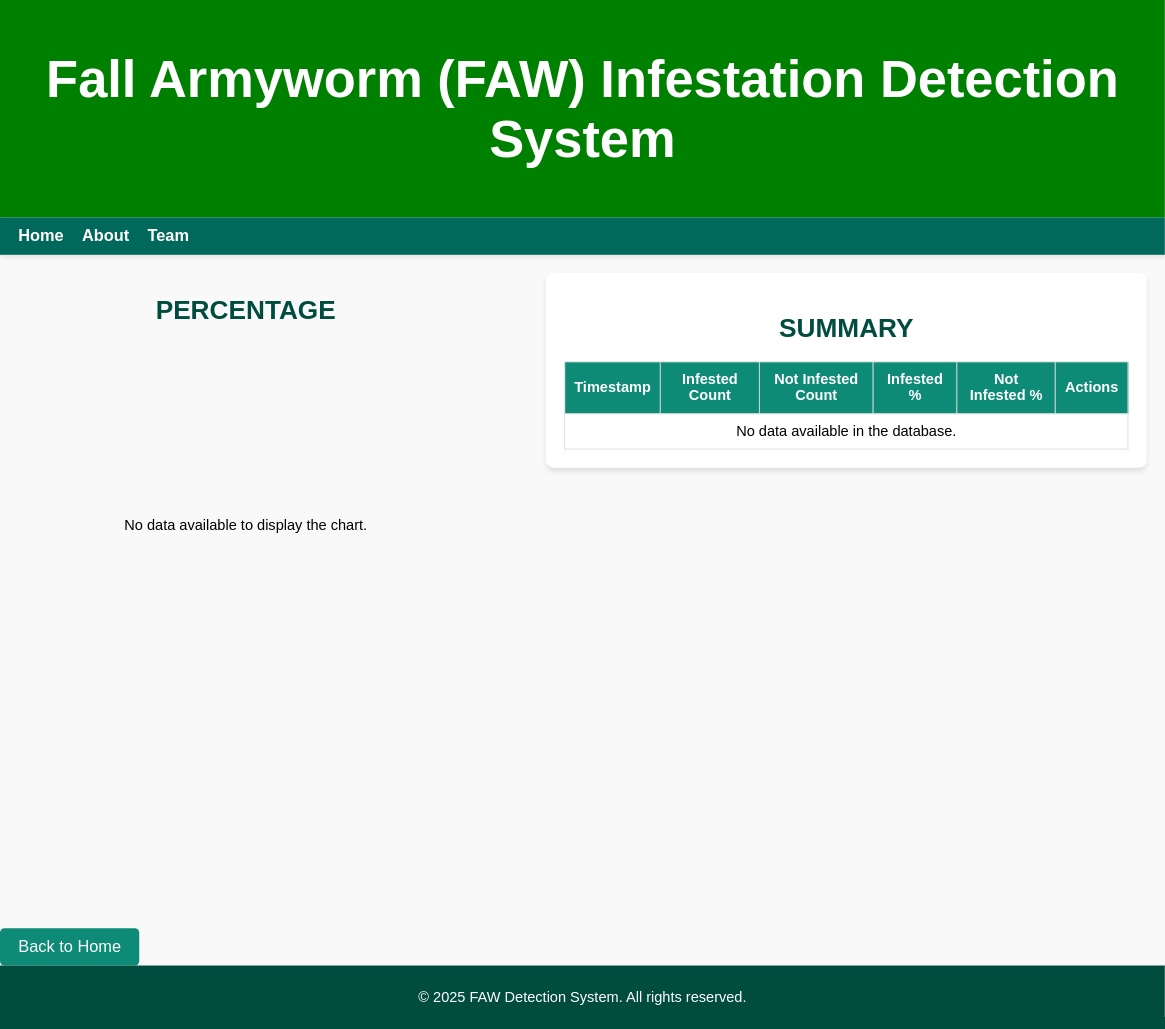
Repository: jansen223/faw-detection-main
Page: /summary
These files come from the project's save history. The page is drawn as it stood at one moment and after the next save; the edit follows.
The browser window is 1280 px wide. The pictures show the whole page, at 91% of full size.
The page's requests for data from a server got no answer. The project was rebuilt for these pictures with package versions that can differ from the ones it lists, and the page was loaded fresh each time. No one was signed in, and anything a server would have sent is missing. Also part of the build but not shown: src/pages/Home.css, src/pages/Home.js, src/pages/About.css, src/pages/About.js, src/pages/Team.css, src/pages/Team.js.

Above is the page before, as saved 2025-04-14 00:43:00.

After the next save:
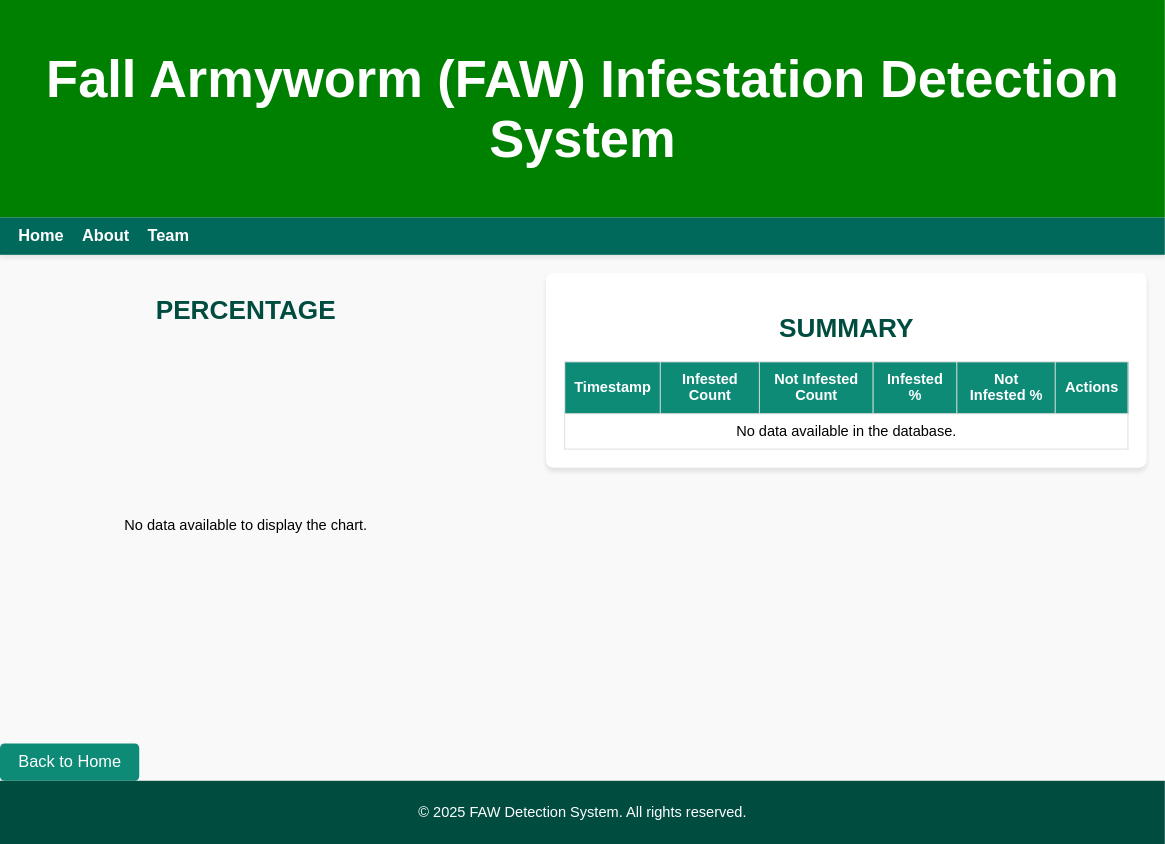
Saved 87 s later.
--- a/src/pages/Summary.css
+++ b/src/pages/Summary.css
@@ -4,7 +4,7 @@
   justify-content: center;
   align-items: flex-start;
   width: 100%;
-  height: 100vh; /* Make the container occupy the full viewport height */
+
   padding: 20px;
   box-sizing: border-box;
   gap: 80px; /* Match the gap with Home.css */
